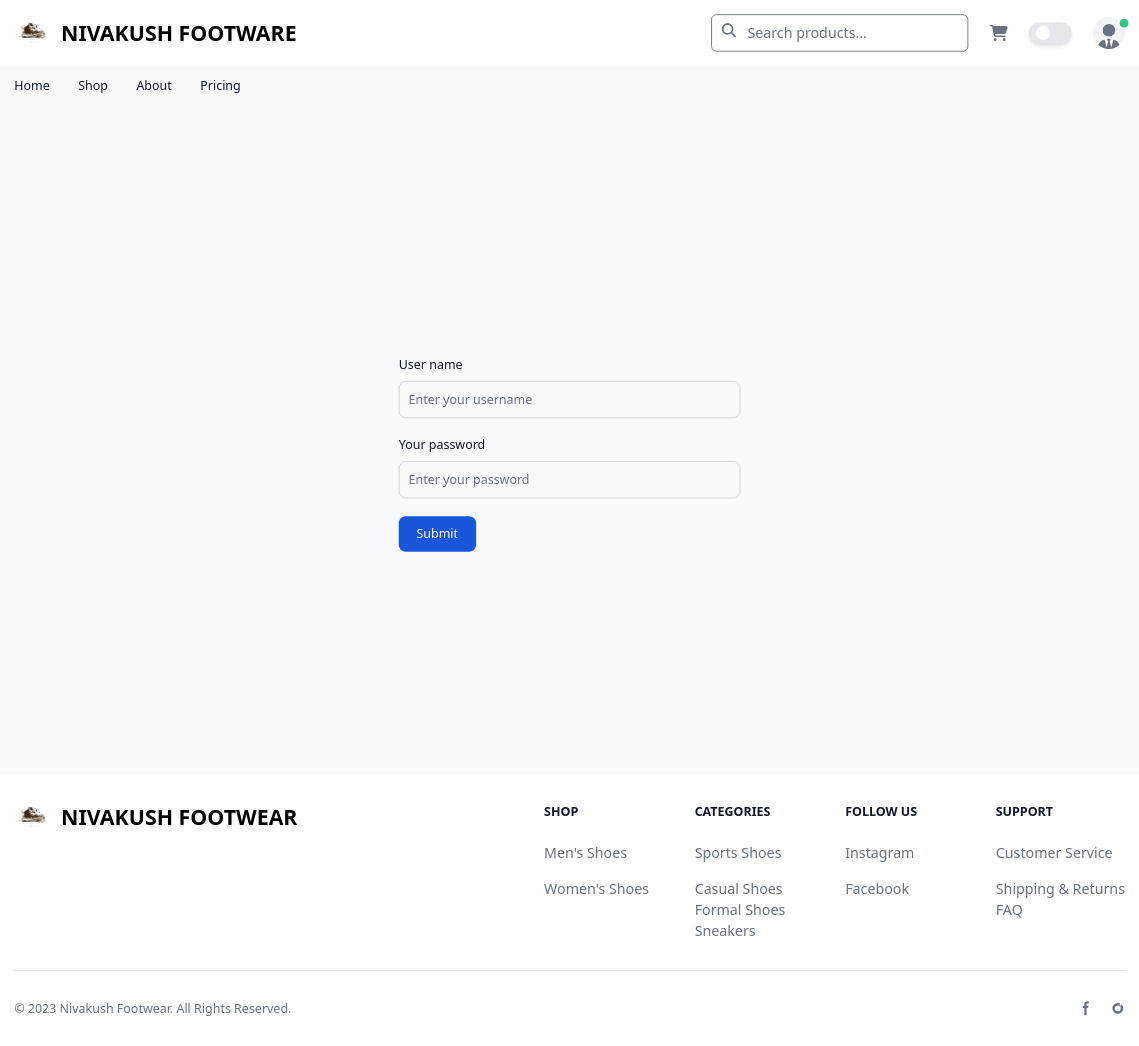
Repository: sibi24sibi/shoe-ecommerce
Page: /login
The author's editor kept a copy of each file at every save. The page is drawn from the files as they stood at one save, then again after the next save.
The browser window is 1280 px wide. The pictures show the whole page, at 89% of full size.
Some web libraries are served in a nearby version. The project was rebuilt for these pictures with package versions that can differ from the ones it lists, and the page was loaded fresh each time. Also part of the build but not shown: vite.config.js, src/Payment.jsx, src/Components/Products.jsx, src/Components/Carosel.jsx, src/Prod-page.jsx, src/Cart-page.jsx, src/ProductInfo.jsx, src/Aboutus.jsx and 3 more.

Above is the page before, as saved 2024-09-11 10:44:15.

After the next save:
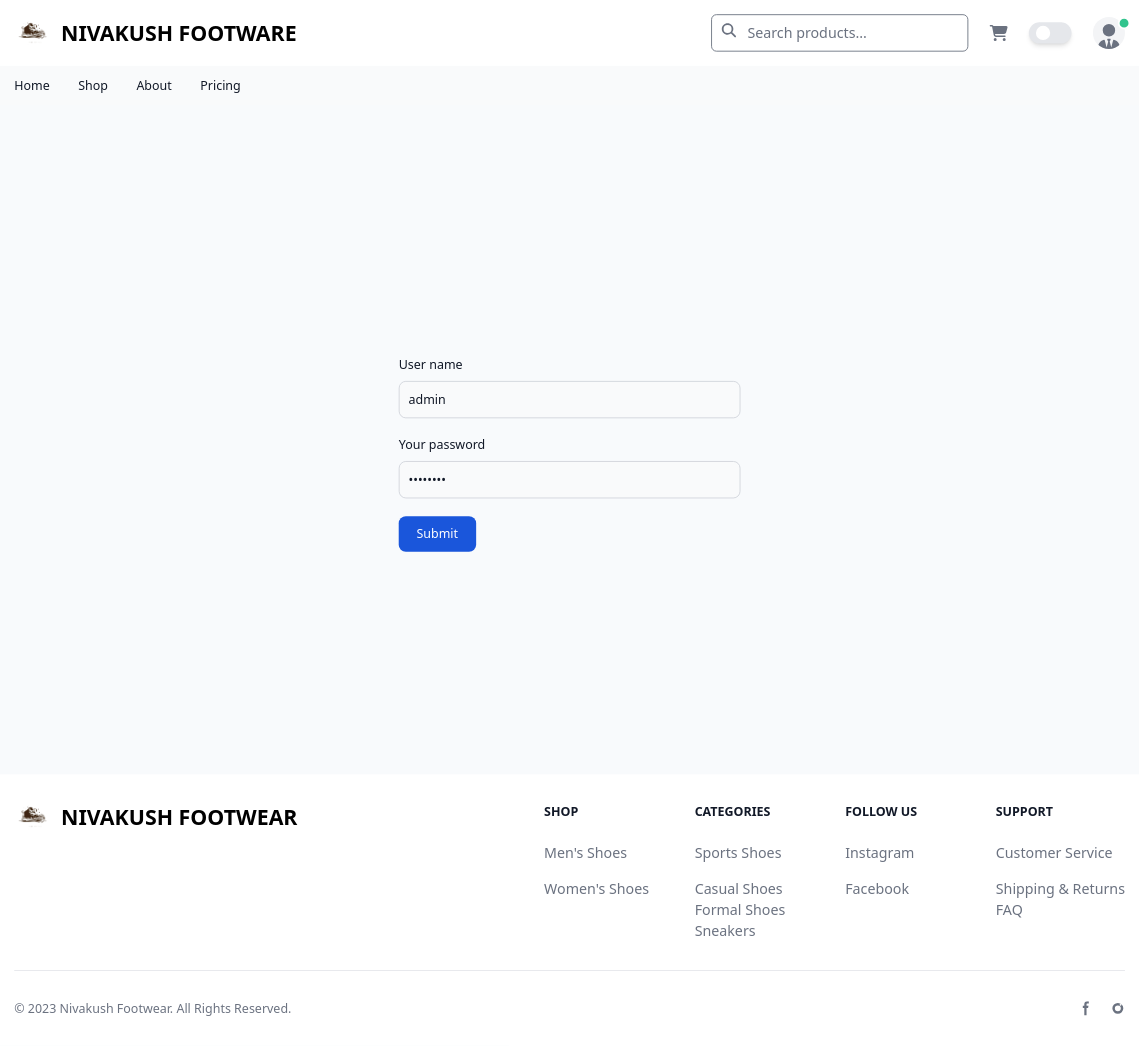
Saved 3 min 6 s later.
--- a/src/AdminLogin.jsx
+++ b/src/AdminLogin.jsx
@@ -1,10 +1,15 @@
-import React, { useRef } from "react";
+import React, { useEffect, useRef } from "react";
 import { useNavigate } from "react-router-dom";
 
 function AdminLogin() {
-  const userName = useRef("admin");
-  const passWord = useRef("password");
+  const userName = useRef("");
+  const passWord = useRef("");
   const navigate = useNavigate();
+
+  useEffect(() => {
+    userName.current.value = "admin";
+    passWord.current.value = "password";
+  }, []);
 
   const handleSubmit = (e) => {
     e.preventDefault(); // Prevent form from reloading the page
